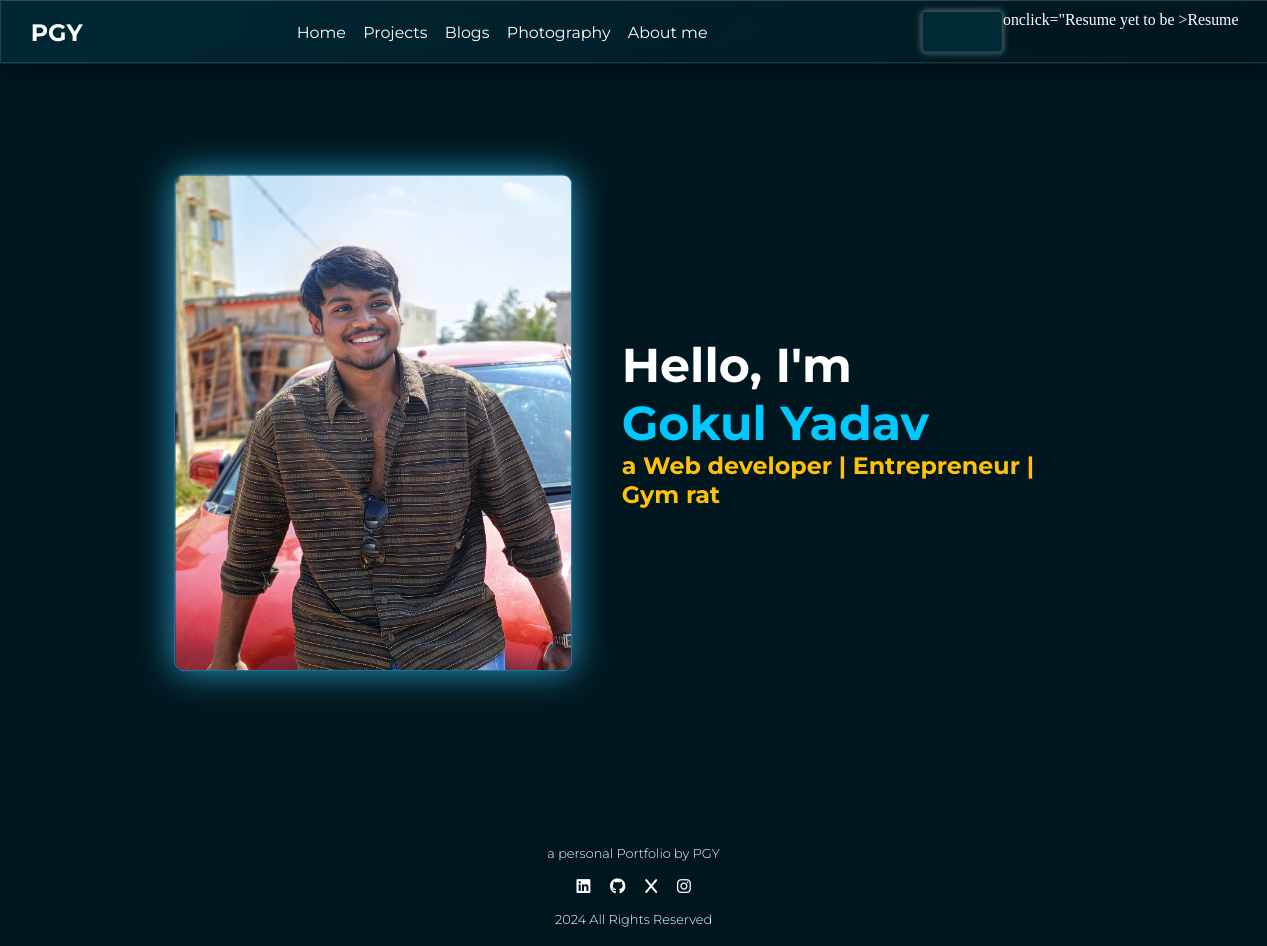
Repository: pgyunknown/pgyunknown
Page: index.html
An editor plug-in stored every save of this project. The page is shown before and after the next save, followed by the edit.
The browser window is 1280 px wide. The pictures show the whole page, at 99% of full size.
Some web libraries are served in a nearby version.

Above is the page before, as saved 2024-08-19 12:54:42.
Console error: SyntaxError: Invalid or unexpected token

After the next save:
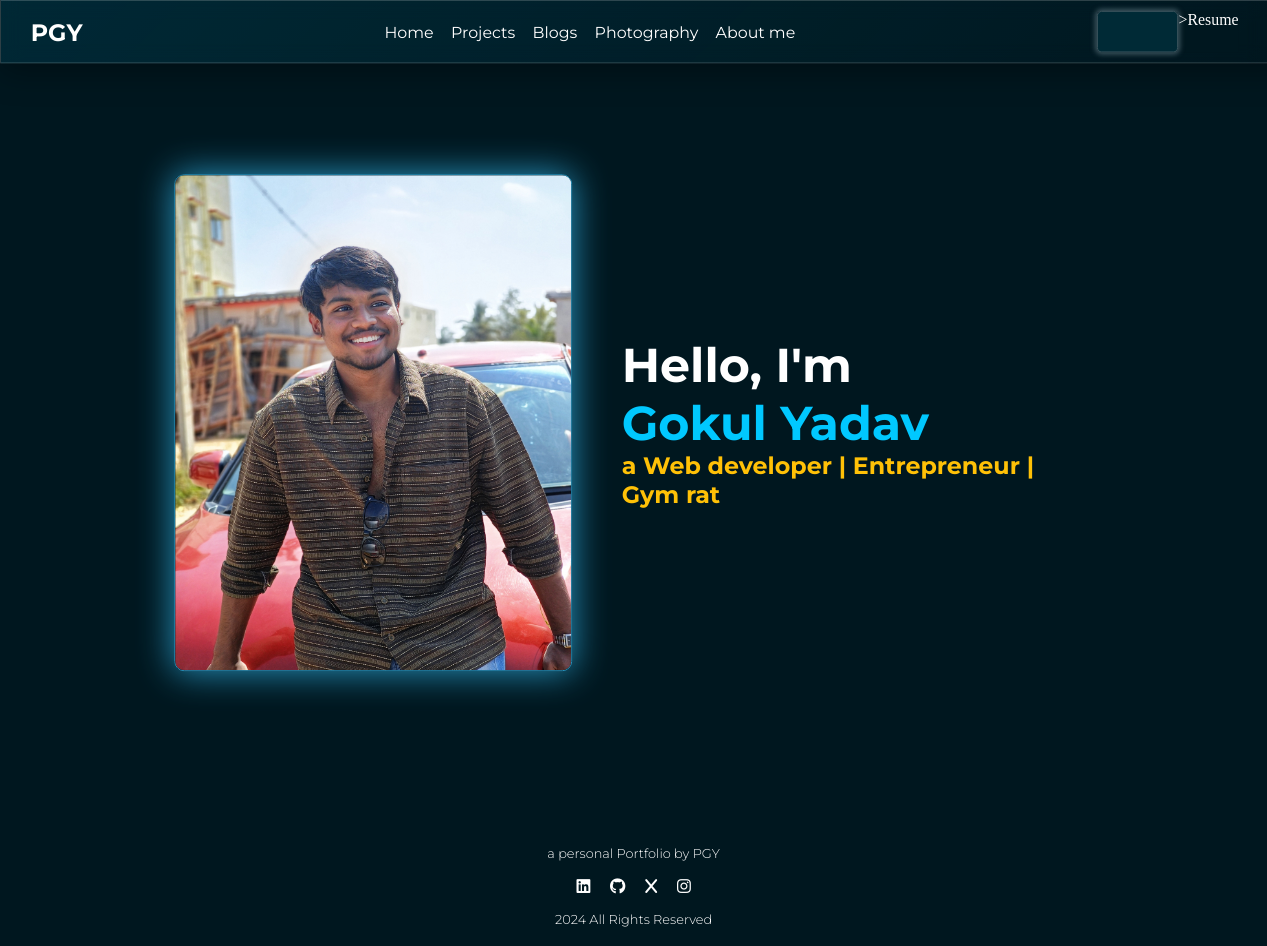
The error is gone.
Saved 2 s later.
--- a/index.html
+++ b/index.html
@@ -25,7 +25,7 @@
                 </div>
             </nav>
         <div class="resume_con">
-                <button  ></button> onclick="Resume yet to be   <script> uploaded"
+                <button  ></button>   <script> onclick="Resume yet to be uploaded"
     </script> >Resume</button>
         </div>
     </header>
